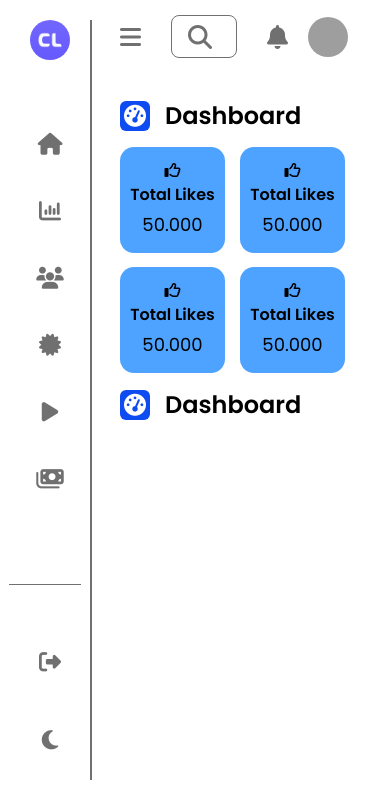
Repository: phamngocthang/practice-html-css
Page: Admin/dist/index.html
These files come from the project's save history. The page is drawn as it stood at one moment and after the next save; the edit follows.
The browser window is 375 px wide. The pictures show the whole page.
Pictures or frames that could not be fetched are drawn as grey boxes. The style sheet was rebuilt from its Sass, Less or Tailwind sources for each picture, by a compiler version that may differ from the author's.

Above is the page before, as saved 2023-10-25 13:56:00.

After the next save:
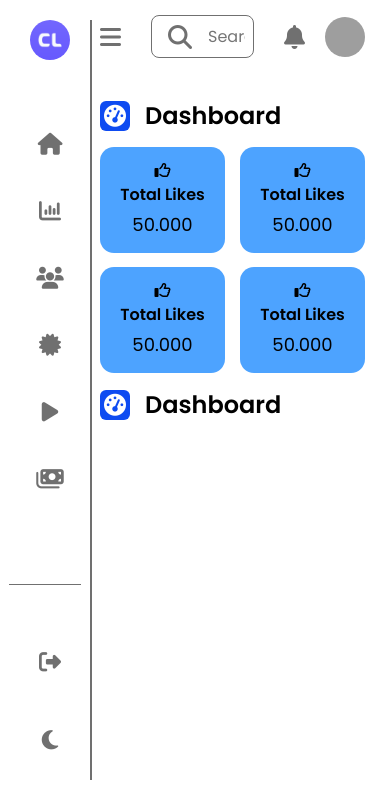
Saved 111 s later.
--- a/Admin/scss/main.scss
+++ b/Admin/scss/main.scss
@@ -408,6 +408,8 @@ nav.close {
 
 @media (max-width: 500px) {
     .dashboard {
+        padding-left: 10px;
+        padding-right: 10px;
         .content {
             .data {
                 margin-left: -15px;
